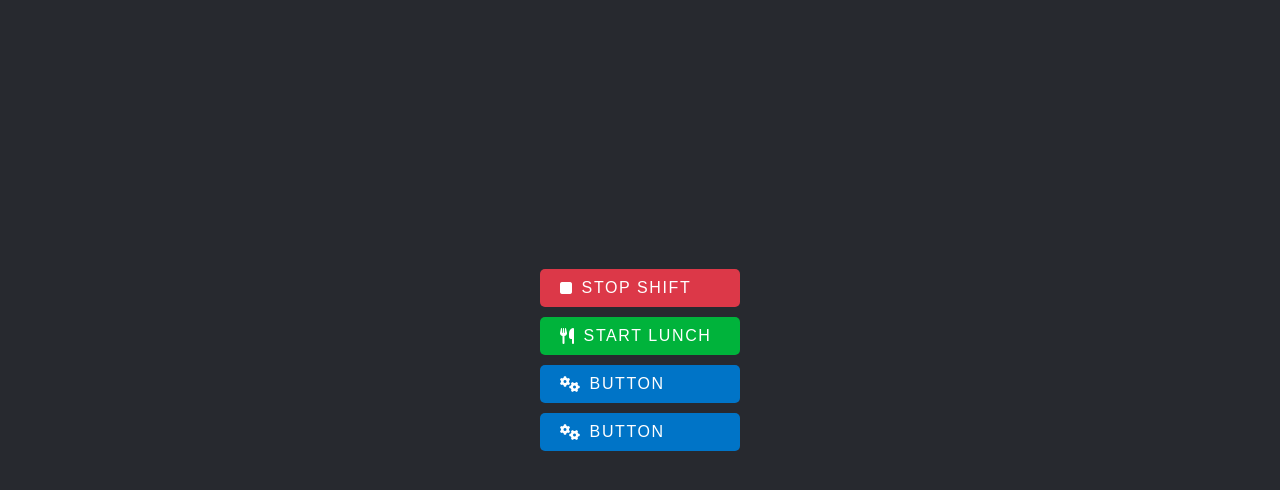
Repository: Philip-Rogers/button-state
Page: experiment.html
These files come from the project's save history. The page is drawn as it stood at one moment and after the next save; the edit follows.
The browser window is 1280 px wide. The pictures show the whole page.
After loading, the first visible `#shiftButton` was clicked once.

Above is the page before, as saved 2024-08-14 17:02:25.

After the next save:
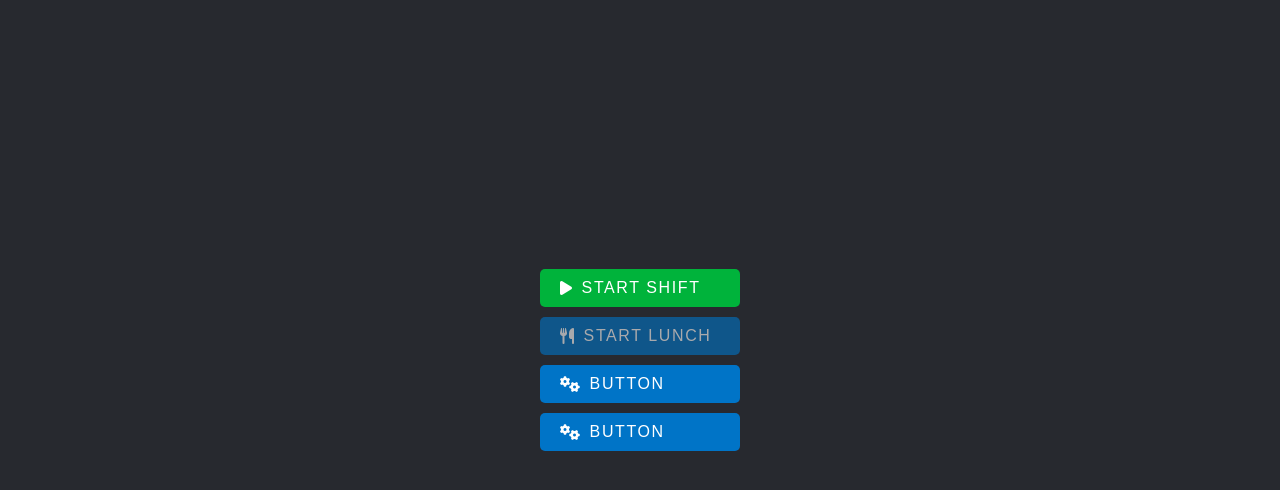
Console error: ReferenceError: toggleShift is not defined
Saved 115 s later.
--- a/experiment.html
+++ b/experiment.html
@@ -47,53 +47,4 @@
 
             if (shiftState === 'start') {
                 shiftButton.innerHTML = '<i class="fa fa-stop"></i> Stop Shift';
-                shiftButton.style.backgroundColor = 'hsl(354, 70%, 54%)'; // Red for Stop Shift
-                shiftState = 'stop';
-                lunchButton.disabled = false; // Enable the Lunch button when Shift is started
-                lunchButton.style.backgroundColor = 'hsl(140, 100%, 35%)'; // Change background color to green
-            } else {
-                // Revert all buttons to their default state
-                shiftButton.innerHTML = '<i class="fa fa-play"></i> Start Shift';
-                shiftButton.style.backgroundColor = 'hsl(140, 100%, 35%)'; // Green for Start Shift
-                shiftState = 'start';
-                lunchButton.disabled = true; // Disable the Lunch button when Shift is stopped
-                lunchButton.innerHTML = '<i class="fa fa-utensils"></i> Start Lunch'; // Reset Lunch button text
-                lunchButton.style.backgroundColor = 'hsl(205, 100%, 39%)'; // Reset Lunch button color
-                lunchState = 'start'; // Reset Lunch button state
-            }
-        }
-
-        // Function to toggle the Lunch button text and color
-        function toggleLunch() {
-            const shiftButton = document.getElementById('shiftButton');
-            const lunchButton = document.getElementById('lunchButton');
-
-            if (lunchState === 'start') {
-                lunchButton.innerHTML = '<i class="fa fa-stop"></i> Stop Lunch';
-                lunchButton.style.backgroundColor = 'hsl(354, 70%, 54%)'; // Red for Stop Lunch
-
-                if (shiftState === 'stop') {
-                    shiftButton.style.backgroundColor =
-                    'hsl(354, 70%, 44%)'; // Darkened red for Stop Shift when disabled
-                    shiftButton.disabled = true; // Disable the Stop Shift button
-                }
-
-                lunchState = 'stop';
-            } else {
-                lunchButton.innerHTML = '<i class="fa fa-utensils"></i> Start Lunch';
-                lunchButton.style.backgroundColor = 'hsl(140, 100%, 35%)'; // Keep the green background
-                lunchButton.disabled = true; // Disable the Stop Lunch button
-
-                if (shiftState === 'stop') {
-                    shiftButton.style.backgroundColor = 'hsl(354, 70%, 54%)'; // Restore the red color for Stop Shift
-                    shiftButton.disabled = false; // Re-enable the Stop Shift button
-                }
-
-                lunchState = 'start';
-            }
-        }
-    </script>
-
-</body>
-
-</html>
+                shiftButton.style.backgroundColor = 'h

After the save that followed:
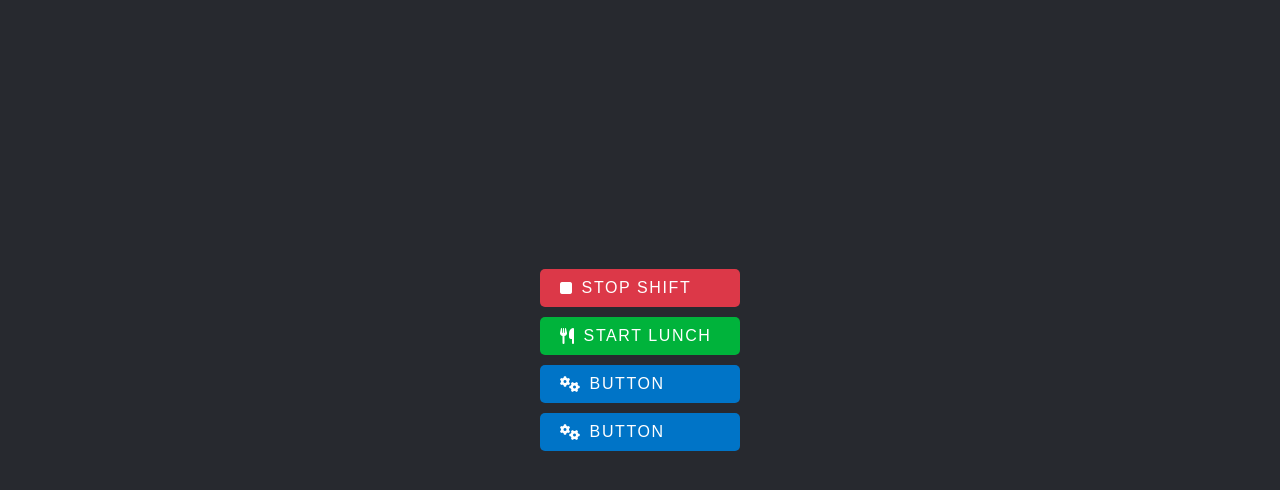
The error is gone.
Saved 7 s later.
--- a/experiment.html
+++ b/experiment.html
@@ -47,4 +47,53 @@
 
             if (shiftState === 'start') {
                 shiftButton.innerHTML = '<i class="fa fa-stop"></i> Stop Shift';
-                shiftButton.style.backgroundColor = 'h
+                shiftButton.style.backgroundColor = 'hsl(354, 70%, 54%)'; // Red for Stop Shift
+                shiftState = 'stop';
+                lunchButton.disabled = false; // Enable the Lunch button when Shift is started
+                lunchButton.style.backgroundColor = 'hsl(140, 100%, 35%)'; // Change background color to green
+            } else {
+                // Revert all buttons to their default state
+                shiftButton.innerHTML = '<i class="fa fa-play"></i> Start Shift';
+                shiftButton.style.backgroundColor = 'hsl(140, 100%, 35%)'; // Green for Start Shift
+                shiftState = 'start';
+                lunchButton.disabled = true; // Disable the Lunch button when Shift is stopped
+                lunchButton.innerHTML = '<i class="fa fa-utensils"></i> Start Lunch'; // Reset Lunch button text
+                lunchButton.style.backgroundColor = 'hsl(205, 100%, 39%)'; // Reset Lunch button color
+                lunchState = 'start'; // Reset Lunch button state
+            }
+        }
+
+        // Function to toggle the Lunch button text and color
+        function toggleLunch() {
+            const shiftButton = document.getElementById('shiftButton');
+            const lunchButton = document.getElementById('lunchButton');
+
+            if (lunchState === 'start') {
+                lunchButton.innerHTML = '<i class="fa fa-stop"></i> Stop Lunch';
+                lunchButton.style.backgroundColor = 'hsl(354, 70%, 54%)'; // Red for Stop Lunch
+
+                if (shiftState === 'stop') {
+                    shiftButton.style.backgroundColor =
+                    'hsl(354, 70%, 44%)'; // Darkened red for Stop Shift when disabled
+                    shiftButton.disabled = true; // Disable the Stop Shift button
+                }
+
+                lunchState = 'stop';
+            } else {
+                lunchButton.innerHTML = '<i class="fa fa-utensils"></i> Start Lunch';
+                lunchButton.style.backgroundColor = 'hsl(140, 100%, 35%)'; // Keep the green background
+                lunchButton.disabled = true; // Disable the Stop Lunch button
+
+                if (shiftState === 'stop') {
+                    shiftButton.style.backgroundColor = 'hsl(354, 70%, 54%)'; // Restore the red color for Stop Shift
+                    shiftButton.disabled = false; // Re-enable the Stop Shift button
+                }
+
+                lunchState = 'start';
+            }
+        }
+    </script>
+
+</body>
+
+</html>
